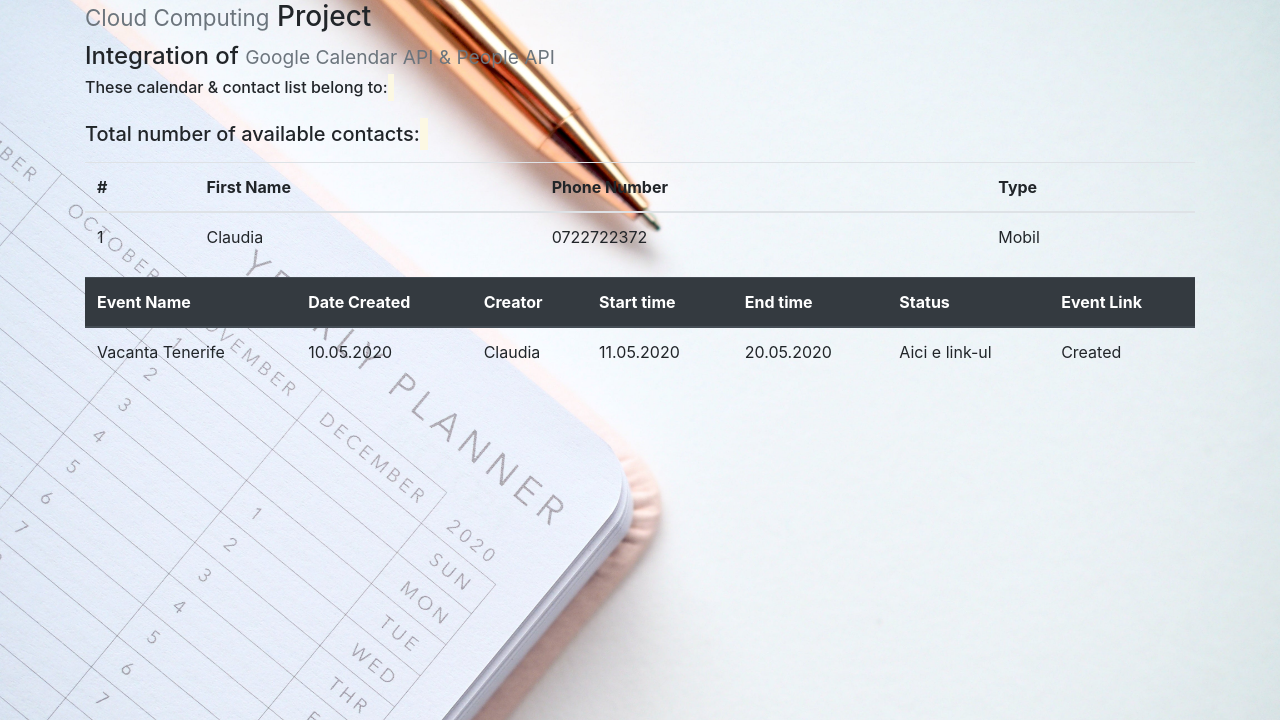
Repository: ClaudiaGheorghe97/cloudcomputing
Page: frontend1/index.html
The author's editor kept a record of every edit. The page is drawn from the files as they stood at one moment, then again after the next edit.
The browser window is 1280 px wide. The pictures show the whole page.

Above is the page before.

After the next edit:
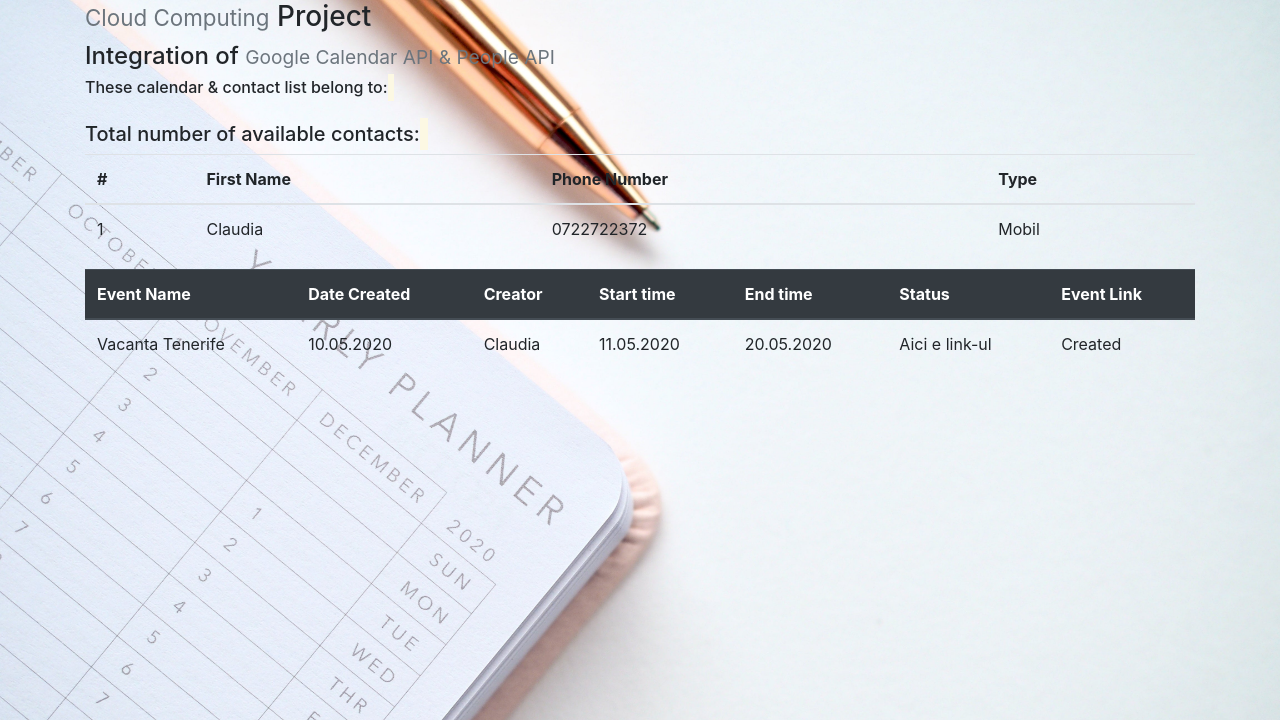
The edit:
--- a/frontend1/index.html
+++ b/frontend1/index.html
@@ -43,7 +43,7 @@
 
     <h5>Total number of available contacts:<mark id="contactnumber"></mark> </h5>
 
-    <p id="contactNumberInfo"></p>
+    <h6 id="contactNumberInfo"></h6>
 
     <table id="tabelContacte" class="table">
         <thead class="table table-striped">
